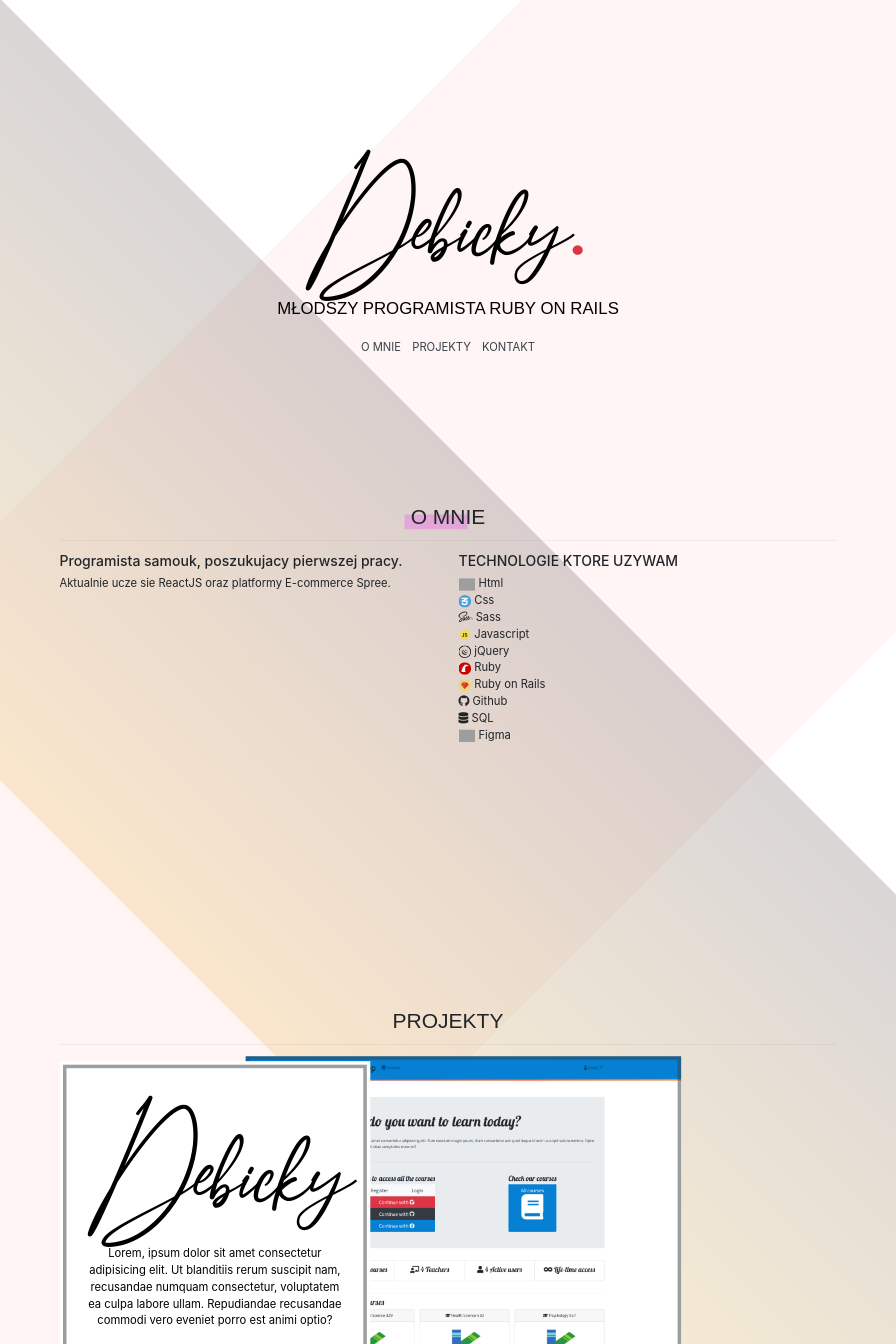
Repository: debicky/debicky.github.io
Page: index.html
The author's editor kept a copy of each file at every save. The page is drawn from the files as they stood at one save, then again after the next save.
The browser window is 1280 px wide. The pictures show the part of the page from y = 0 to 1920 px (the page is 4043 px tall before and 4283 px after), at 70% of full size.
Pictures or frames that could not be fetched are drawn as grey boxes. Some web fonts or font styles are not loaded; a fallback is used. Some web libraries are served in a nearby version.

Above is the page before, as saved 2020-06-14 15:52:45.

### index.html
<!DOCTYPE html>
<html lang="en">
<head>
  <meta charset="UTF-8">
  <meta name="viewport" content="width=device-width, initial-scale=1.0">
  <title>Debicky</title>
  <link rel="stylesheet" href="https://stackpath.bootstrapcdn.com/bootstrap/4.5.0/css/bootstrap.min.css" integrity="sha384-9aIt2nRpC12Uk9gS9baDl411NQApFmC26EwAOH8WgZl5MYYxFfc+NcPb1dKGj7Sk" crossorigin="anonymous">
  <link rel="stylesheet" href="https://cdnjs.cloudflare.com/ajax/libs/font-awesome/5.11.2/css/all.min.css">
  <link rel="stylesheet" href="styles.css">
  <link rel="stylesheet" href="https://unpkg.com/aos@next/dist/aos.css" />

</head>
<body>


  <header>
    <div class="signature" data-aos="fade-in" data-aos-duration="2000">
      <h5 class="signature-heading ">Debicky<span class="text-danger font-weight-bolder">.</span></h5>
      <h3 class="signature-subheading">Młodszy Programista Ruby on Rails</h3>
    </div>

    <div class="container">
      <nav class="navbar navbar-expand-md p-0 rounded" data-aos="fade-in" data-aos-duration="3000">
        <button class="navbar-toggler" type="button" data-toggle="collapse" data-target="#navbarSupportedContent" aria-controls="navbarSupportedContent" aria-expanded="false" aria-label="Toggle navigation">
          <i class="fas fa-bars"></i>
          <i class="fas fa-times"></i>
        </button>

        <div class="collapse navbar-collapse d-md-flex justify-content-center" id="navbarSupportedContent">
          <ul class="navbar-nav">
            <li class="nav-item">
              <a class="nav-link" href="#about">O mnie</a>
            </li>
            <li class="nav-item">
              <a class="nav-link" href="#projects">Projekty</a>
            </li>
            <li class="nav-item">
              <a class="nav-link" href="#contact">Kontakt</a>
            </li>
          </ul>
        </div>
      </nav>
    </div>
  </header>

  <section class="about" id="about">
    <div class="container">
      <h1 class="text-center">O mnie</h1>
      <hr>

      <div class="row">
        <div class="col-12 col-md-6 col-lg-6 mb-5 mb-md-0">
          <h5>
            Programista samouk, poszukujacy pierwszej pracy.
          </h5>
          Aktualnie ucze sie ReactJS oraz platformy E-commerce Spree.
        </div>
        <div class="col-12 col-md-6 col-lg-6 mb-5 mb-md-0">
          <h5 class="text-uppercase">Technologie ktore uzywam</h5>
            <ul class="list-unstyled">
              <li>
                <img src="/images/icons/html.svg" alt=""> Html
              </li>
              <li>
                <img src="/images/icons/css.svg" alt=""> Css
              </li>
              <li>
                <i class="fab fa-sass"></i> Sass
              </li>
              <li>
                <img src="/images/icons/js.svg" alt=""> Javascript
              </li>
              <li>
                <img src="/images/icons/jquery.svg" alt=""> jQuery
              </li>
              <li>
                <img src="/images/icons/ror.svg" alt=""> Ruby
              </li>
              <li>
                <img src="/images/icons/ruby.svg" alt=""> Ruby on Rails
              </li>
              <li>
                <i class="fab fa-github"></i> Github
              </li>
              <li>
                <i class="fas fa-database"></i> SQL
              </li>
              <li>
                <img src="/images/icons/figma.svg" alt=""> Figma
              </li>

            </ul>
        </div>
        </div>
      </div>

    </div>
  </section>




  <section class="projects" id="projects">
    <div class="container">
      <h1 class="text-center">Projekty</h1>
      <hr>

      <div class="project-1">
        <div class="about-content">
          <div class="about-description">
            <div class="signature">
              <h5 class="signature-heading">Debicky</h5>
              <p>Lorem, ipsum dolor sit amet consectetur adipisicing elit. Ut blanditiis rerum suscipit nam, recusandae numquam consectetur, voluptatem ea culpa labore ullam. Repudiandae recusandae commodi vero eveniet porro est animi optio?</p>
            </div>
          </div>
          <div class="about-image">
            <a href="/images/1.jpeg">
              <img src="/images/course.png" alt="img1">
            </a>
          </div>
        </div>
      </div>
      <div class="project-1">
        <div class="about-content">
          <div class="about-description">
            <div class="signature">
              <h5 class="signature-heading">Debicky</h5>
              <p>Lorem, ipsum dolor sit amet consectetur adipisicing elit. Ut blanditiis rerum suscipit nam, recusandae numquam consectetur, voluptatem ea culpa labore ullam. Repudiandae recusandae commodi vero eveniet porro est animi optio?</p>
            </div>
          </div>
          <div class="about-image">
            <a href="/images/1.jpeg">
              <img src="/images/blog.png" alt="img1">
            </a>
          </div>
        </div>
      </div>
      <div class="project-1">
        <div class="about-content">
          <div class="about-description">
            <div class="signature">
              <h5 class="signature-heading">Debicky</h5>
              <p>Lorem, ipsum dolor sit amet consectetur adipisicing elit. Ut blanditiis rerum suscipit nam, recusandae numquam consectetur, voluptatem ea culpa labore ullam. Repudiandae recusandae commodi vero eveniet porro est animi optio?</p>
            </div>
          </div>
          <div class="about-image">
            <a href="/images/1.jpeg">
              <img src="/images/shop.png" alt="img1">
            </a>
          </div>
        </div>
      </div>

    </div>
  </section>

  <section class="contact" id="contact">
    <div class="container">
      <h1 class="text-center">Kontakt</h1>
      <hr>

      <div class="row">
        <div class="col-12 col-md-6 col-lg-6 mb-5 mb-md-0">
          <div class="jumbotron">
            Potrzebujesz wiecej informacji?
            Wyslij mi wiadomosc e-mail lub skontaktuj sie przez Messenger!
          </div>
        </div>
        <div class="col-12 col-md-6 col-lg-6 mb-5 mb-md-0">
          <div class="jumbotron">SECOND</div>
        </div>
      </div>
    </div>
  </section>


  <div class="up" id="up">
    <i class="fas fa-chevron-up"></i>
  </div>
  <footer class="py-5" id="footer">
    <div class="container">
      <div class="row">
        <div class="col-12 col-md-5 col-lg-4 mb-5 mb-md-0">
          <div class="signature-footer">
            <h5 class="signature-footer-heading">Debicky<span class="text-danger font-weight-bolder">.</span></h5>
            <h3 class="signature-footer-subheading">Programista Ruby on Rails</h3>
          </div>
          <small class="d-block mt-2 text-muted">&copy; 2020</small>
        </div>
        <div class="col-12 col-md-5 col-lg-4 mb-5">
          <h5 class="text-uppercase">Media</h5>
            <ul class="list-unstyled mb-0">
              <li>
                <a href="https://www.facebook.com/artur.debicki.5" class="text-muted"><i class="fab fa-facebook"></i> Facebook</a>
              </li>
              <li>
                <a href="https://www.instagram.com/debicky" class="text-muted"><i class="fab fa-instagram"></i> Instagram</a>
              </li>
              <li>
                <a href="https://github.com/debicky" class="text-muted"><i class="fab fa-github"></i> Github</a>
              </li>
            </ul>
        </div>
        <div class="col-12 col-md-5 col-lg-4">
          <h5 class="text-uppercase">Kontakt</h5>
            <ul class="list-unstyled mb-0">
              <li>
                <a href="mailto:arturd444@gmail.com" class="text-muted"><i class="fas fa-envelope"></i> arturd444@gmail.com</a>
              </li>
              <li>
                <p class="text-muted"><i class="fa fa-phone"></i> +48 692 138 221</p>
              </li>
            </ul>
        </div>
      </div>
    </div>
  </footer>



  <script src="https://code.jquery.com/jquery-3.5.0.min.js" crossorigin="anonymous"></script>
  <script src="https://cdn.jsdelivr.net/npm/popper.js@1.16.0/dist/umd/popper.min.js" integrity="sha384-Q6E9RHvbIyZFJoft+2mJbHaEWldlvI9IOYy5n3zV9zzTtmI3UksdQRVvoxMfooAo" crossorigin="anonymous"></script>
  <script src="https://stackpath.bootstrapcdn.com/bootstrap/4.5.0/js/bootstrap.min.js" integrity="sha384-OgVRvuATP1z7JjHLkuOU7Xw704+h835Lr+6QL9UvYjZE3Ipu6Tp75j7Bh/kR0JKI" crossorigin="anonymous"></script>
  <script src="https://unpkg.com/aos@next/dist/aos.js"></script>
  <script src="script.js"></script>

</body>
</html>

### styles.css
@import url('https://fonts.googleapis.com/css?family=Playfair+Display+SC|Roboto:300,400&display=swap');

@font-face {
  font-family: "AmostelySignature";
  src: url("/fonts/AmostelySignature.ttf");
  }


* {
  margin: 0;
  padding: 0;
  box-sizing: border-box;
}

body {
  background-image: linear-gradient(45deg, transparent 0%, transparent 55%,rgba(238, 202, 125, 0.336) 55%, rgba(83, 67, 67, 0.219) 76%,transparent 76%, transparent 100%),linear-gradient(135deg, transparent 0%, transparent 14%,rgba(255,1,1, 0.04) 14%, rgba(255,1,1, 0.04) 41%,transparent 41%, transparent 100%),linear-gradient(45deg, transparent 0%, transparent 2%,rgba(255,1,1, 0.04) 2%, rgba(255,1,1, 0.04) 18%,transparent 18%, transparent 100%),linear-gradient(135deg, transparent 0%, transparent 61%,rgba(255,1,1, 0.04) 61%, rgba(255,1,1, 0.04) 71%,transparent 71%, transparent 100%),linear-gradient(90deg, rgb(255,255,255),rgb(255,255,255));
}

html {
  font-family: "Roboto", sans-serif;
}

a:hover {
  text-decoration: none;;
}

/* Heading */

header{
  height: 100vh;
  width: 100%;
  display: flex;
  flex-direction: column;
  align-items: center;
  justify-content: center;

}

.signature{
  color: black;
  text-align: center;
  user-select: none;
}

.signature-heading{
  font-family: 'AmostelySignature', cursive;
  font-size: 10rem;
  margin-bottom: 30px;
}

.signature-subheading{
  font-family: 'Playfair Display SC', sans-serif;
  font-size: 1.5rem;
  text-transform: uppercase;
  margin-bottom: 20px;
}

/* Navbar */

.navbar{
  background-color: #384147;
}

.navbar-toggler i{
  color: #fff;
  font-size: 1.2rem;
}

.navbar-toggler .fa-times{
  display: none;
}

.navbar-toggler.menu-open  .fa-bars{
  display: none;
}

.navbar-toggler.menu-open  .fa-times{
  display: block;
}

.navbar-nav{
  padding: 20px;
}

.nav-link{
  color: #fff;
  text-transform: uppercase;
  transition: opacity .5s;
  font-size: 1rem;
}

.nav-link:hover{
  color: maroon;
}

/* About */

.about{
  height: 100vh;
}

.about h1 {
  position: relative;
  z-index: 1;
}

.about h1::before {
  content: ' ';
  position: absolute;
  width: 3em;
  background: #ec52ec57;
  height: .7em;
  bottom: 0;
  z-index: -1;
  margin-left: -.3em;
}

.about img{
height: 18px;
}

.about-description{
  width: 100%;
  background-color: #fff;
  padding: 40px;
  outline: 5px solid rgba(56, 65, 71, 0.5);
  outline-offset: -5px;
  order: 1;
  margin-top: 5px;
}

.about-image{
  order: 2;
}

.about-image img{
  outline: 5px solid rgba(56, 65, 71, 0.5);
  outline-offset: -5px;
  width: 100%;
  height: auto;
  display: block;
}

.about-image a::after{
  font-family: 'Font Awesome 5 Free';
  content: "\f35d";
  font-weight: 600;
  position: absolute;
  top: 50%;
  left: 50%;
  transform: translate(-50%, -50%);
  color: maroon;
  font-size: 25px;
  z-index: 101;
  width: 70px;
  height: 70px;
  border: 3px solid maroon;
  border-radius: 100%;
  display: flex;
  align-items: center;
  justify-content: center;
  opacity: 0;
  transition: opacity .5s;
}

.about-image a:hover::after{
  opacity: .7;
}


/* Projects */

section h1{
  font-family: 'Playfair Display SC', sans-serif;
  font-size: 30px;
  text-transform: uppercase;
}

.project-1{
  margin-bottom: 5rem;
}





/* Contact */

.contact{
  height: 100vh;
}


.jumbotron{
  width: 100%;
  display: flex;
  align-items: center;
  justify-content: center;
}

/* Footer */


footer {
  background-color: #151515;
  color: #fff;
}

.signature-footer{
  color: #fff;
  user-select: none;
}

.signature-footer-heading{
  font-family: 'AmostelySignature', cursive;
  font-size: 50px;
  margin-bottom: 30px;
  color: #fff;
}

.signature-footer-subheading{
  font-family: 'Playfair Display SC', sans-serif;
  font-size: 12px;
  text-transform: uppercase;
  color: #fff;
}

footer h5{
  font-family: 'Playfair Display SC', sans-serif;

}


a.text-muted:hover{
  color: maroon !important;
}

.up{
  position: absolute;
  width: 5rem;
  height: 5rem;
  background-color: #fff;
  right: 5rem;
  border-radius: 100%;
  display: flex;
  animation: pulse 2.5s infinite;
  cursor: pointer;
}

.up i{
  color: #151515;
  font-size: 2rem;
  margin: auto;
}

@keyframes pulse {
  0%{
    box-shadow: 0 0 0 0 rgba(238, 202, 125, 0.99);
  }
  70%{
    box-shadow: 0 0 0 2rem rgba(238, 202, 125, 0);

  }
  100%{
    box-shadow: 0 0 0 0 rgba(238, 202, 125, 0);

  }
}

/* Responsive */

@media screen and (min-width: 768px) {
  .navbar{
    background-color: transparent;
  }
  .navbar-nav{
    padding: 0;
  }
  .nav-link{
    color: #384147;
  }

  nav:hover .nav-link:not(:hover){
    opacity: .5;
  }

  .about-content{
    position: relative;
    display: block;
  }

  .about-description{
    position: absolute;
    top: 80%;
    transform: translateY(-50%);
    width: 60%;
    outline-offset: -10px;
  }

  .about-image img{
    width: 70%;
    margin-left: auto;
  }
}

@media screen and (min-width: 1200px) {
  .about-description{
    top: 50%;
    width: 40%;
  }

  .about-image{
    width: 80%;
  }


}

### script.js
$(document).ready(function () {

  AOS.init();


  $('.navbar-toggler').on('click', function () {
    $(this).toggleClass('menu-open');
  })

  $('.navbar .nav-link').on('click', function () {
    $('.navbar-collapse').toggleClass('show')
    $('.navbar-toggler').removeClass('menu-open')
  });

  $('nav a[href*="#').on('click', function () {
    $('html, body').animate({
      scrollTop: $($(this).attr('href')).offset().top
    }, 900);
  });

  $('#up').on('click', function () {
    $('html, body').animate({
      scrollTop: 0
    }, 900);
  });






})

After the next save:
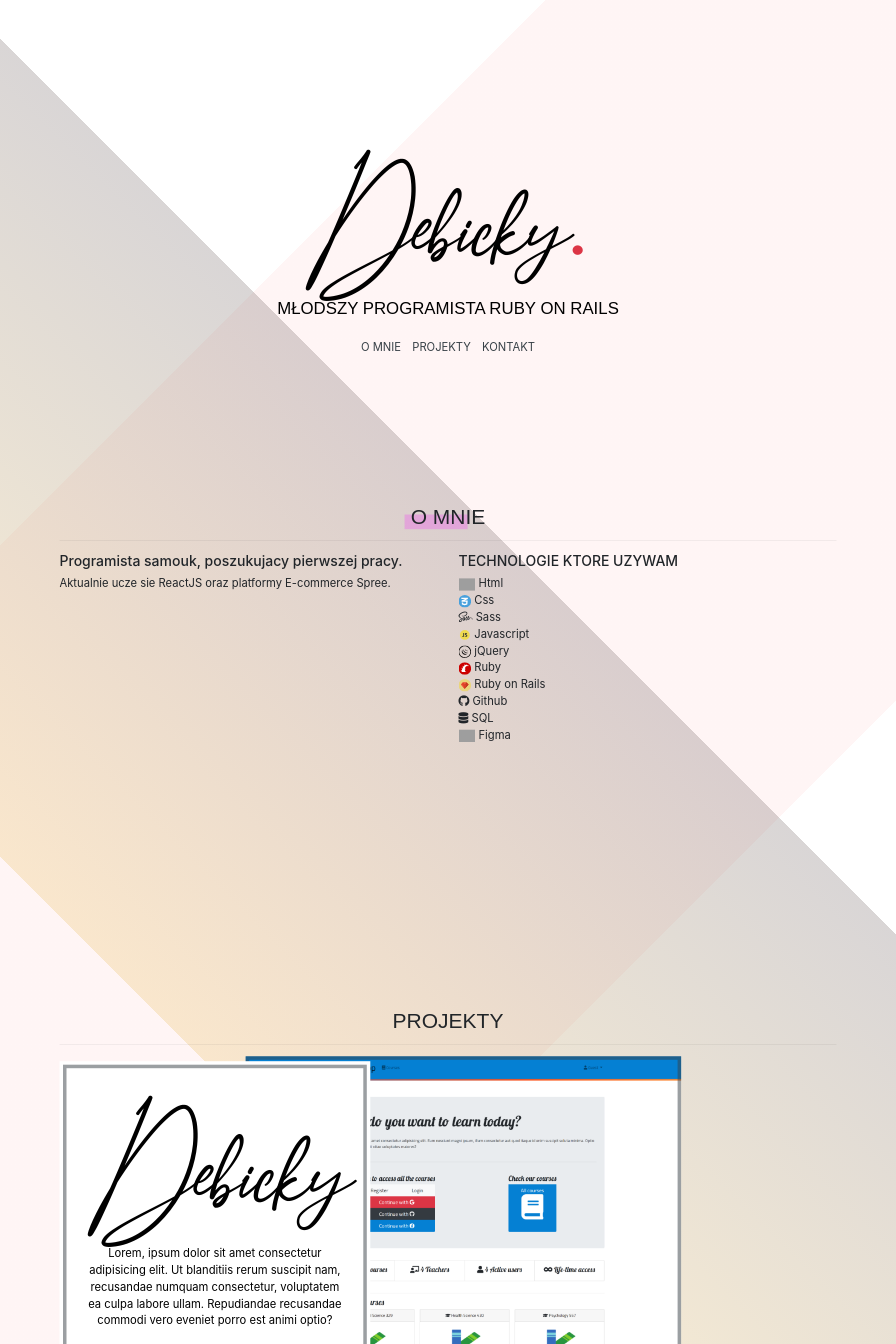
Saved 4 s later.
--- a/styles.css
+++ b/styles.css
@@ -177,7 +177,7 @@ section h1{
 }
 
 .project-1{
-  margin-bottom: 5rem;
+  margin-bottom: 10rem;
 }
 
 
